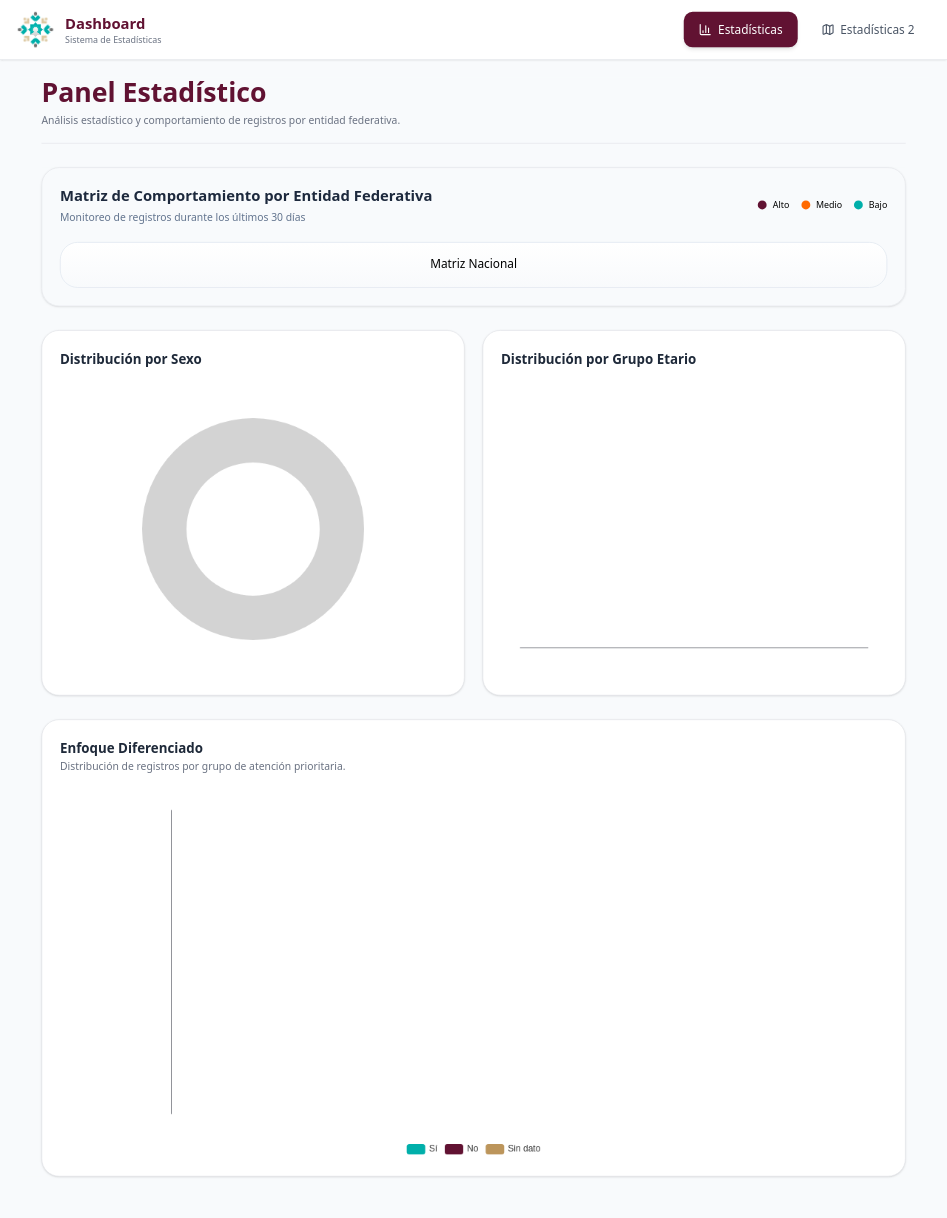
Repository: jesus890/semaforo-cinepolis
Page: /estadisticas
These files come from the project's save history. The page is drawn as it stood at one moment and after the next save; the edit follows.
The browser window is 1280 px wide. The pictures show the whole page, at 74% of full size.
The page's requests for data from a server got no answer. The project was rebuilt for these pictures with package versions that can differ from the ones it lists, and the page was loaded fresh each time. No one was signed in, and anything a server would have sent is missing. Also part of the build but not shown: vite.config.ts, src/pages/EstadisticasDosPage.tsx.

Above is the page before, as saved 2026-06-04 13:41:50.

### index.html
<!doctype html>
<html lang="en">
  <head>
    <meta charset="UTF-8" />
    <link rel="icon" type="image/svg+xml" href="/favicon.svg" />
    <meta name="viewport" content="width=device-width, initial-scale=1.0" />
    <title>Estadistica Alertamiento | RNPNDO</title>
  </head>
  <body>
    <div id="root"></div>
    <script type="module" src="/src/main.tsx"></script>
  </body>
</html>

### src/App.tsx
import AppRouter from "./router/AppRouter";

function App() {
    return <AppRouter />;
}

export default App;

### src/router/AppRouter.tsx
import {BrowserRouter,Routes,Route,Navigate,} from "react-router-dom";

import DashboardLayout from "../layouts/DashboardLayout";
import EstadisticasPage from "../pages/EstadisticaPage";
import EstadisticasDosPage from "../pages/EstadisticasDosPage";



export default function AppRouter() {

    return (
        <BrowserRouter>
            <Routes>
                <Route path="/" element={<DashboardLayout/>}>
                    <Route index element={<Navigate to="/estadisticas"/>}/>
                    <Route path="estadisticas" element={<EstadisticasPage />}/>
                    <Route path="estadisticas-2" element={<EstadisticasDosPage />}/>
                </Route>
            </Routes>
        </BrowserRouter>
    );
}

### src/layouts/DashboardLayout.tsx
import { Outlet } from "react-router-dom";

import Header from "../components/Dashboard/navigation/Header";

export default function DashboardLayout() {

    return (
        <div className="min-h-screen bg-slate-50">
            <Header />
            <main className="p-6">
                <Outlet />
            </main>
        </div>

    );
}

### src/components/Dashboard/navigation/Header.tsx
import { NavLink } from "react-router-dom";

import { BarChart3, Map, } from "lucide-react";
import logoSystem from "../../../assets/CNB.png";

export default function Header() {

    const menu = [
        {
            label: "Estadísticas",
            icon: BarChart3,
            path: "/estadisticas",
        },
        {
            label: "Estadísticas 2",
            icon: Map,
            path: "/estadisticas-2",
        },
    ];

    return (

        <header className="sticky top-0 z-50 bg-white border-b border-gray-200 shadow-sm">

            <div className="h-20 px-6 flex items-center justify-between max-w-[1800px] mx-auto">

                {/* Logo */}
                <div className="flex items-center gap-4">

                    <img src={logoSystem} alt="Logo" className="h-12 w-auto object-contain" />

                    <div>

                        <h1 className="text-xl font-bold text-[#611232]">
                            Dashboard
                        </h1>

                        <p className="text-xs text-gray-500">
                            Sistema de Estadísticas
                        </p>

                    </div>

                </div>

                {/* Menú */}
                <nav className="flex items-center gap-3">

                    {menu.map((item) => {

                        const Icon = item.icon;

                        return (

                            <NavLink
                                key={item.path}
                                to={item.path}
                                className={({
                                    isActive,
                                }) =>
                                    `
                                    flex
                                    items-center
                                    gap-2
                                    px-5
                                    py-3
                                    rounded-xl
                                    font-medium
                                    transition-all

                                    ${isActive
                                        ? "bg-[#611232] text-white shadow-md"
                                        : "text-gray-600 hover:bg-gray-100"
                                    }
                                `
                                }
                            >

                                <Icon
                                    size={18}
                                />

                                {item.label}

                            </NavLink>
                        );
                    })}

                </nav>

            </div>

        </header>
    );
}

### src/components/Dashboard/heatmap/HeatmapTable.tsx
import { useMemo } from "react";

import type { HeatmapRow } from "../../../types/dashboard.types";

interface Props {
    rows: HeatmapRow[];
    level: "estado" | "municipio";
    onRowClick?: (estadoId: number) => void;
    onCellClick?: (
        data: {
            estadoId: number;
            municipioId: number;
            fecha: string;
        }
    ) => void;
}

export default function HeatmapTable({ rows, level, onRowClick, onCellClick, }: Props) {

    const dates = useMemo(() => {
        if (!rows.length) return [];

        return rows[0].values.map(
            value => value.day
        );
    }, [rows]);

    const getColor = (estatus: string) => {
        switch (estatus?.toLowerCase()) {
            case "rojo":
                return "bg-[#611232]";
            case "naranja":
                return "bg-orange-500";
            case "verde":
                return "bg-[#00AFAA]";
            default:
                return "bg-slate-200";
        }
    };

    return (
        <div className="overflow-auto rounded-3xl border border-slate-200 bg-gradient-to-b from-white to-slate-50 p-4">

            {
                level == "estado" ? (
                    <p className="text-center">Matriz Nacional</p>
                ) : (
                    <p></p>
                )
            }

            <table className="border-separate min-w-max">

                <thead>
                    <tr>
                        <th className="sticky left-0 z-20 min-w-[240px]"></th>

                        {dates.map(date => (

                            <th
                                key={date}
                                className="h-28 min-w-[42px] align-bottom"
                            >

                                <div className="-rotate-45 origin-bottom-left whitespace-nowrap text-[10px] font-medium text-slate-500">
                                    {date}
                                </div>

                            </th>

                        ))}

                    </tr>

                </thead>

                <tbody className="divide-y divide-slate-100">

                    {rows.map(row => (

                        <tr key={row.id} className="border-b border-slate-100">

                            <td className="sticky left-0 z-10 bg-white pr-4">

                                <button
                                    onClick={() => onRowClick?.(row.estadoId)}
                                    className="group flex tems-center gap-3 text-left transition-all cursor-pointer"
                                >
                                    <div className="h-2.5 w-2.5 rounded-full bg-[#000]" />
                                    <span className="text-sm font-semibold text-slate-700 group-hover:text-[#611232]">
                                        {row.name}
                                    </span>

                                </button>

                            </td>

                            {row.values.map(
                                value => (

                                    <td
                                        key={value.day}
                                    >

                                        <button
                                            onClick={() =>
                                                onCellClick?.({ estadoId: value.estadoId, municipioId: value.municipioId, fecha: value.day })
                                            }
                                            title={`${value.total} registros`}
                                            className={`
                                                flex
                                                h-8
                                                w-8
                                                items-center
                                                justify-center
                                                rounded-xl
                                                text-[11px]
                                                font-semibold
                                                text-white
                                                transition-all
                                                duration-200
                                                hover:scale-110
                                                hover:shadow-xl
                                                hover:ring-2
                                                hover:ring-offset-2
                                                hover:ring-[#611232]
                                                cursor-pointer
                                                ${getColor(value.estatus)}
                                            `}
                                        >
                                            {value.total > 0
                                                ? value.total
                                                : ""}
                                        </button>

                                    </td>

                                )
                            )}

                        </tr>

                    ))}

                </tbody>

            </table>

        </div>
    )

}

### src/components/Dashboard/charts/SexoChart.tsx
import ReactECharts from "echarts-for-react";
import { Colors } from "../../../constants/colors";

interface SexoItem {
    categoria: string;
    total: number;
}

interface Props {
    sexo?: SexoItem[];
}

export default function SexoChart({ sexo = [] }: Props) {

    const getColor = (categoria: string) => {

        switch (categoria.toUpperCase()) {

            case "HOMBRE":
                return Colors.rojito;

            case "MUJER":
                return Colors.verdecito;

            default:
                return Colors.oro;
        }
    };

    const data = sexo.map(item => ({
        value: item.total,
        name:
            item.categoria.charAt(0) +
            item.categoria.slice(1).toLowerCase(),

        itemStyle: {
            color: getColor(item.categoria),
        },
    }));

    const option = {
        tooltip: {
            trigger: "item",
        },

        legend: {
            bottom: 0,
        },

        series: [
            {
                type: "pie",
                radius: ["45%", "75%"],

                label: {
                    formatter: "{b}\n{c}",
                },

                data,
            },
        ],
    };

    return (
        <ReactECharts
            option={option}
            style={{
                height: "400px",
            }}
        />
    );
}

### src/services/dashboard.service.ts
import { apiRequest } from "../lib/api";
import { axiosInstance } from "../lib/axios";

export const GetEntidadesByAlertaTable = () =>
    apiRequest<any>(
        axiosInstance.get(`/api/Alertas`)
    );

export const GetEntidadesByAlertaTableEstado = (idEstado: any) =>
    apiRequest<any>(
        axiosInstance.get(`/api/Alertas/alertas-entidad`, {
            params: {
                idEstado,
            },
        })
    );

export const GetTotalesIncremento = (estado_id: any, municipio_id: any) =>
    apiRequest<any>(
        axiosInstance.get(`/api/Alertas/incremento-desaparecidos`)
    );

### src/components/Dashboard/charts/EdadChart.tsx
import ReactECharts from "echarts-for-react";
import { Colors } from "../../../constants/colors";

interface GrupoEtarioItem {
  categoria: string;
  total: number;
}

interface Props {
  grupoEtario?: GrupoEtarioItem[];
}

export default function EdadChart({
  grupoEtario = [],
}: Props) {

  const getColor = (
    categoria: string
  ) => {

    switch (
    categoria.toUpperCase()
    ) {

      case "MENOR DE EDAD":
        return Colors.verdecito;

      case "MAYOR DE EDAD":
        return Colors.rojito;

      case "ADULTO MAYOR":
        return Colors.oro;

      default:
        return "#4F46E5";
    }
  };

  const categories =
    grupoEtario.map(
      item => item.categoria
    );

  const data =
    grupoEtario.map(
      item => ({
        value: item.total,

        itemStyle: {
          color: getColor(
            item.categoria
          ),
        },
      })
    );

  const option = {
    tooltip: {
      trigger: "axis",
    },

    grid: {
      left: "5%",
      right: "5%",
      bottom: "10%",
      containLabel: true,
    },

    xAxis: {
      type: "category",

      data: categories,

      axisLabel: {
        interval: 0,
        rotate: 0,
      },
    },

    yAxis: {
      type: "value",
    },

    series: [
      {
        type: "bar",

        barWidth: 70,

        borderRadius: [
          8,
          8,
          0,
          0,
        ],

        data,
      },
    ],
  };

  return (
    <ReactECharts
      option={option}
      style={{
        height: "400px",
      }}
    />
  );
}

### src/components/Dashboard/charts/EnfoqueChart.tsx
import ReactECharts from "echarts-for-react";
import { Colors } from "../../../constants/colors";

interface EnfoqueDetalle {
  categoria: string;
  total: number;
}

interface EnfoqueItem {
  grupo: string;
  detalle: EnfoqueDetalle[];
}

interface Props {
  enfoqueDiferenciado?: EnfoqueItem[];
}

export default function EnfoqueChart({
  enfoqueDiferenciado = [],
}: Props) {

  const normalize = (
    value: string
  ) => {

    const v =
      value
        ?.trim()
        .toUpperCase();

    if (v === "SI")
      return "SI";

    if (v === "NO")
      return "NO";

    return "SIN DATO";
  };

  const groups =
    enfoqueDiferenciado.map(
      item => {

        switch (
        item.grupo
        ) {

          case "TIENEDISCAPACIDAD":
            return "Discapacidad";

          case "HABLAESPANIOL":
            return "Habla Español";

          case "LENGUA":
            return "Lengua";

          case "ESMIGRANTE":
            return "Migrante";

          default:
            return item.grupo;
        }
      }
    );

  const siData =
    enfoqueDiferenciado.map(
      grupo =>
        grupo.detalle
          .filter(
            x =>
              normalize(
                x.categoria
              ) === "SI"
          )
          .reduce(
            (
              acc,
              item
            ) =>
              acc +
              item.total,
            0
          )
    );

  const noData =
    enfoqueDiferenciado.map(
      grupo =>
        grupo.detalle
          .filter(
            x =>
              normalize(
                x.categoria
              ) === "NO"
          )
          .reduce(
            (
              acc,
              item
            ) =>
              acc +
              item.total,
            0
          )
    );

  const sinDatoData =
    enfoqueDiferenciado.map(
      grupo =>
        grupo.detalle
          .filter(
            x =>
              normalize(
                x.categoria
              ) ===
              "SIN DATO"
          )
          .reduce(
            (
              acc,
              item
            ) =>
              acc +
              item.total,
            0
          )
    );

  const option = {

    tooltip: {
      trigger: "axis",
      axisPointer: {
        type: "shadow",
      },
    },

    legend: {
      bottom: 0,
    },

    grid: {
      left: 150,
      right: 30,
      top: 30,
      bottom: 60,
    },

    xAxis: {
      type: "value",
    },

    yAxis: {
      type: "category",
      data: groups,
    },

    series: [
      {
        name: "Sí",
        type: "bar",
        stack: "total",

        label: {
          show: true,
        },

        itemStyle: {
          color:
            Colors.verdecito,
        },

        data: siData,
      },

      {
        name: "No",
        type: "bar",
        stack: "total",

        label: {
          show: true,
        },

        itemStyle: {
          color:
            Colors.rojito,
        },

        data: noData,
      },

      {
        name: "Sin dato",
        type: "bar",
        stack: "total",

        label: {
          show: true,
        },

        itemStyle: {
          color:
            Colors.oro,
        },

        data: sinDatoData,
      },
    ],
  };

  return (
    <ReactECharts
      option={option}
      style={{
        height: "500px",
      }}
    />
  );
}

### src/components/Dashboard/Loader/Loader.tsx
import imageCNB from "../../../assets/CNB.png";

interface LoaderProps {
    text?: string;
}

export default function LoaderStyled({text = "Cargando información..."}: LoaderProps) {
    return (
        <div
            className="w-full h-full min-h-[320px] flex flex-col justify-center items-center gap-6 px-6 py-10"
        >
            <div className="relative flex items-center justify-center">
                <div
                    className="absolute w-32 h-32 rounded-full bg-[#00AFAA]/20 blur-3xl animate-pulse"
                />

                <div
                    className="absolute w-28 h-28 rounded-full border-[5px] border-[#00AFAA]/20 border-t-[#00AFAA] animate-spin"
                />

                <div
                    className="relative w-20 h-20 rounded-full overflow-hidden bg-white shadow-2xl border-4 border-white animate-pulse"
                >
                    <img
                        src={imageCNB}
                        alt="Loader"
                        className="object-cover"
                    />
                </div>
            </div>

            <div className="text-center space-y-2">
                <h3
                    className="text-lg sm:text-xl font-black text-[#4A0015] tracking-wide"
                >
                    {text}
                </h3>

                <p
                    className="text-sm text-slate-500 max-w-md leading-relaxed"
                >
                    Espere un momento mientras se procesa y
                    visualiza la información solicitada.
                </p>
            </div>
        </div>
    );
}

### src/constants/colors.ts
export const Colors = {
    rojito: "#611232",
    verdecito: "#00AFAA",
    oro: "#BC955B",
    grisito: "#E8E8E8",
    grisote: "#D2D3D3",
    text: "#5A5A5A",
};

### src/lib/api.ts
import axios from "axios";

export async function apiRequest<T>(
  promise: Promise<{ data: T }>
): Promise<T> {
  try {
    const { data } = await promise;
    return data;
  } catch (error) {
    if (axios.isAxiosError(error)) {
      const response = error.response;

      const message =
        response?.data?.message ||
        response?.data?.error ||
        response?.data?.msg ||
        "Error en la petición";

      throw new Error(message);
    }

    throw new Error("Error inesperado");
  }
}

### src/lib/axios.ts
import axios from "axios";

export const axiosInstance = axios.create({
  baseURL: import.meta.env.VITE_API_URL,
});

Loaded but not shown: src/main.tsx (common file); src/index.css (common file); src/pages/EstadisticaPage.tsx (216 lines, source omitted)

After the next save:
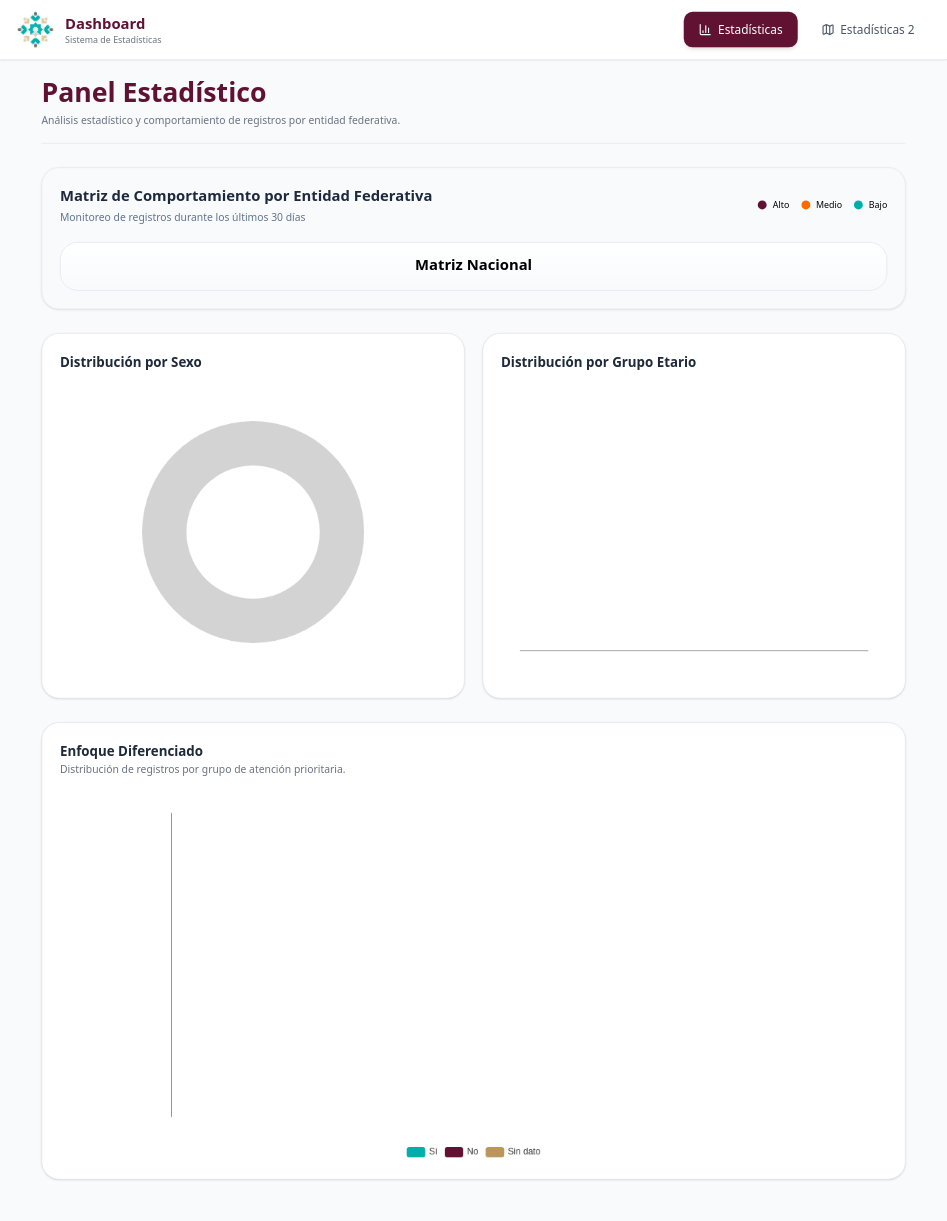
Saved 15 s later.
--- a/src/components/Dashboard/heatmap/HeatmapTable.tsx
+++ b/src/components/Dashboard/heatmap/HeatmapTable.tsx
@@ -43,7 +43,7 @@ export default function HeatmapTable({ rows, level, onRowClick, onCellClick, }:
 
             {
                 level == "estado" ? (
-                    <p className="text-center">Matriz Nacional</p>
+                    <p className="text-center text-xl font-semibold">Matriz Nacional</p>
                 ) : (
                     <p></p>
                 )
